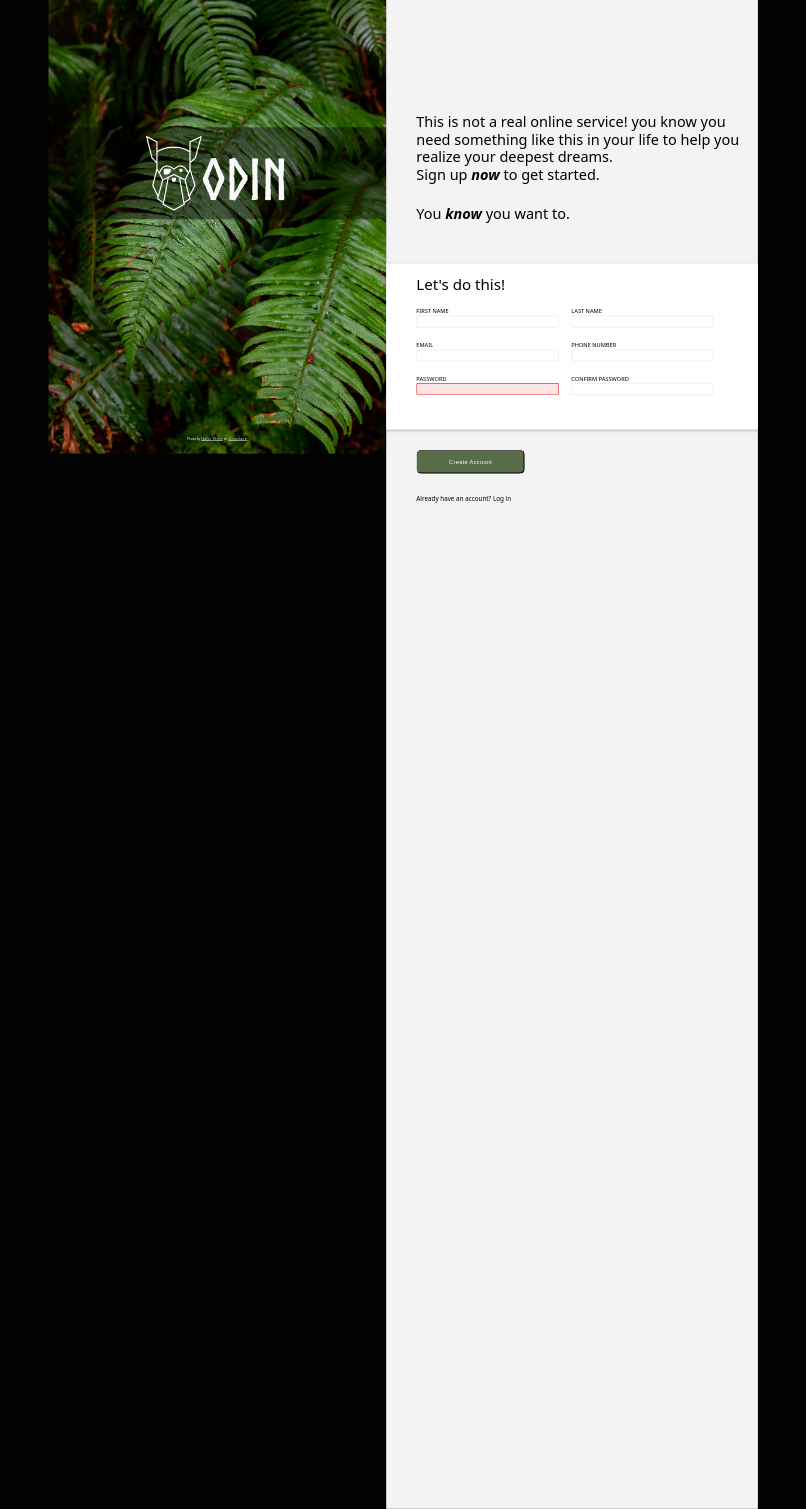
Repository: Freezler/Odin-SignUp
Page: index.html
The author's editor kept a copy of each file at every save. The page is drawn from the files as they stood at one save, then again after the next save.
The browser window is 1280 px wide. The pictures show the whole page, at 63% of full size.

Above is the page before, as saved 2024-03-03 22:30:36.

### index.html
<!doctype html>
<html lang="en">

<head>
	<meta charset="UTF-8" />
	<link rel="icon" type="image/svg+xml" href="/vite.svg" />
	<meta name="viewport" content="width=device-width, initial-scale=1.0" />
	<title>Sign-up</title>
	<link rel="stylesheet" href="style.css">


</head>

<body>
	<main class="container">
		<section class="section-left">
			<div class="logo-container">
				<img src="odin-lined.png" width="88px" srcset="">
				<h1>ODIN</h1>
			</div>
			<div class="credit">
				<small>Photo by <a
						href="https://unsplash.com/@haliewestphoto?utm_content=creditCopyText&utm_medium=referral&utm_source=unsplash"
						target="_#blank">Halie
						West</a> on <a
						href="https://unsplash.com/photos/green-leaf-plant-in-close-up-photography-25xggax4bSA?utm_content=creditCopyText&utm_medium=referral&utm_source=unsplash">Unsplash
					</a>
				</small>
			</div>

		</section>
		<section class="section-right">
			<div class="right-wrapper">
				<div class="text-container">
					<p class="topParagraph">
						This is not a real online service! you know you need something like this in your life to help
						you
						realize your deepest dreams.
						<br>
						Sign up
						<span class="highlight">now</span>
						to get started.
					</p>
					<p class="bottomParagraph">You <span class="highlight">know</span> you want to.</p>
				</div>

				<form class="completeWidth" id="myForm">
					<fieldset class="form-container">
						<div class="poop"><strong class="poop strong">Let's do this!</strong></div>
						<div class="item item1"><label for="first-name">first name</label><input type="text"
								name="first-name" required id="first-name" autocomplete="username"></div>
						<div class="item item2">
							<label for="last-name">last name</label><input type="text" name="last-name" id="last-name"
								autocomplete="username" required>
						</div>
						<div class="item item3">
							<label for="email">Email</label>
							<input type="email" name="email" id="email" autocomplete="email" required>
						</div>
						<div class="item item4">
							<label for="phone">Phone number</label>
							<input type="number" name="phone" id="phone" autocomplete="tel" required>
						</div>
						<div class="item item5">
							<label for="password">Password</label>
							<input type="password" name="password" id="password" autocomplete="new-password"
								class="error" required>
						</div>
						<div class="item item6">
							<label for="confirm">Confirm password</label>
							<input type="password" name="confirm" id="confirm" autocomplete="new-password" required>
						</div>

					</fieldset>
				</form>

				<div class="cta-container">
					<div class="cta">
						<button type="button" class="ctaBtn" id="submitBtn">Create Account</button>
						<div class="cta-text">
							Already have an account?
							<span>
								<a href="http://" target="_blank" rel="noopener noreferrer">Log in</a>
							</span>
						</div>
					</div>
				</div>
				</form>
			</div>
		</section>
	</main>

	<script type="module" src="/main.js"></script>
</body>

</html>

### style.css
@font-face {
    font-family: Norse-Bold;
    src: url(Norse-Bold.otf);
}
.error {
    border-color: hsla(0, 96%, 49%, 0.801);
    color: hsla(0, 20%, 98%, 0.801);
    background: hsla(0, 96%, 49%, 0.101);
}

:root {
    font-size: 10px;
    margin: 0;
    padding: 0;
    box-sizing: border-box;
    font-family: system-ui, -apple-system, BlinkMacSystemFont, 'Segoe UI', Roboto, Oxygen, Ubuntu, Cantarell, 'Open Sans', 'Helvetica Neue', sans-serif;
}

body {
    margin: inherit;
    padding: inherit;
    width: 100vw;
    max-height: 100vh;
    background: rgba(0, 0, 0, 0.99);

}

.strong {
    font-weight: 500;
    font-size: 1.8rem;
}

.highlight {
    color: hsl(324, 56%, 2%);
    font-weight: 500;

}

main.container {
    display: grid;
    grid-template-columns: 536px 2fr;
    grid-template-rows: 1fr 1fr 1fr;
    margin: 0 auto;
    max-height: 100vh;
    width: 88vw;

    height: 100vh;

    @media screen and (max-width: 720px) {
        .container {
            display: grid;
            grid-template-columns: 1fr;
            grid-template-rows: 1fr 1fr;
            margin: 0 auto;
            max-height: 100vh;
            width: 100vw;
        }


        .form-container {
            display: grid;

            grid-template-rows: repeat(7, 1fr);
            grid-template-columns: 1fr;
            max-width: 100%;
            margin-top: 64px;
            margin-left: 48px;

        }

        .section-right,
        .section-left {

            max-width: 100vw;


        }

    }

}

.logo-container {
    display: flex;
    flex-direction: row;
    justify-content: center;
    gap: 0px;
    align-items: center;
    font-family: Norse-Bold;
    font-size: 6rem;
    font-weight: 200;
    height: 146px;
    width: 100%;
    background: hsla(208, 100%, 0%, 0.423);
    margin-top: 190px;


    h1 {
        padding-top: 18px;
        color: hsla(0, 0%, 99%, 0.99);
    }
}

.credit {


    font-size: 0.6rem;
    margin-top: auto;
    display: flex;
    flex-direction: column;
    justify-content: center;
    align-items: center;
    height: 48px;
    width: 100%;
    color: aliceblue;




    a {
        text-decoration: underline;
        color: hsla(208, 100%, 97%, 0.883);
        font-size: 6px;
        transition: all 0.3s linear;
        letter-spacing: 0.5px;
        font-weight: 200;
    }

    a:hover {
        color: rgb(240, 244, 31);
        font-size: 13px;
        transition: all 0.6s linear;
        letter-spacing: 1.2px;
        font-weight: 700;
    }
}


.section-left {
    max-height: 100vh;
    font-weight: 200;
    display: grid;
    grid-template-rows: 1fr 1fr;
    grid-template-columns: 1fr;
    justify-items: space-between;
    align-items: center;
    background-image: url(./halie-west-25xggax4bSA-unsplash.jpg);
    background-size: cover;
    background-repeat: no-repeat;
    background-position: center center;
    margin-left: 0;
}

.section-right {
    max-height: 100%;
    max-width: 100%;
    display: grid;
    grid-template-columns: 1fr;
    grid-template-rows: repeat(3, 1fr);
    background: hsla(0, 0%, 100%, 0.951);

    .text-container {
        display: flex;
        flex-direction: column;
        justify-content: center;
        align-items: flex-start;
        padding-left: 48px;
        padding-top: 180px;
    }

    p.topParagraph {
        margin: 0;
        padding: 0;
        font-size: 2.3rem;
        font-weight: 500;
        max-width: 45ch;
        line-height: 1.2;
    }

    p.bottomParagraph {
        padding-top: 32px;
        padding-bottom: 64px;
        font-weight: 500;
        margin: 0;
        font-size: 2.3rem;
    }

    a {
        text-decoration: none;
        color: #0b0b0b;
    }

    .highlight {
        font-weight: 600;
        font-size: 2.3rem;
        font-style: italic;
    }

    .strong {
        font-weight: 400;
        font-size: 24px;
    }


    .completeWidth {
        box-sizing: border-box;
        background: hsl(0, 100%, 100%);
        box-shadow: 0 0 0 1px hsla(0, 0%, 0%, 0.1), 0 2px 4px hsla(0, 0%, 0%, 0.2);

        width: 100%;
        max-width: 100%;
        max-height: 100%;
    }

    .form-container {
        border: none;
        display: grid;
        padding: 0 0;
        margin-top: 0rem;

        grid-template-rows: repeat(5, 1fr);
        grid-template-columns: 1fr;
        max-width: 472px;
        height: 264px;
        margin-left: 48px;
        gap: 18px;
        box-sizing: border-box;
        width: 100%;


        label {
            font-size: xx-small;
            margin-bottom: 0.1rem;
        }

        .item {
            display: flex;
            flex-direction: column;
            justify-content: center;
            align-items: start;
            width: 100%;
            background: transparent;
            text-transform: uppercase;
            font-size: xx-small;

        }

        .poop {
            grid-column: 1 / 3;
            grid-row: 1 / 1;
            justify-self: self-start;
            margin-top: 16px;
            padding: 0;
            width: 100%;
            font-weight: 500;

            p {
                font-size: larger;
            }
        }
    }
}

input:not(:not([name="confirm"])) {

    margin-bottom: 0;
}

input:active {
    box-shadow: 2px 3px 10px -4px hsla(270, 100%, 1%, 0.883);
}

input {
    width: 220px;
    border: 1px solid #E5E7EB;
    border-radius: 2px;

}

.cta-container {
    display: flex;
    flex-direction: column;
    justify-content: center;
    align-items: start;
    padding-top: 12px;
    margin-left: 48px;

    button {
        background: #596D48;
        color: hsla(0, 0%, 100%, 0.99);
        border-radius: 8px;
        padding: 12px 50px;
        text-align: center;
        text-decoration: none;
        display: inline-block;
        font-size: 16px;

        cursor: pointer;
        font-weight: 500;
        font-size: xx-small;
        letter-spacing: 0.5px;
        transition: all 0.3s linear;
        margin-bottom: 32px;
        margin-top: 20px;

        button:hover {
            border: none;
        }
    }
}

input::invalid {
    border: 1px solid red;
}

### main.js
const getFormData = () =>
  Object.fromEntries(
    new FormData(
      document.getElementById("myForm")
    ).entries()
  );

const submitForm = () => {
  const data = getFormData();
  console.table(data);
  formReset();
};
const formReset = () => {
  document.getElementById("myForm").reset();
};

const btnSubmit = document.getElementById("submitBtn");
btnSubmit.addEventListener("click", submitForm);

/**
 * Attaches a focus event listener to all input elements. If an input element is invalid when focused,
 * it adds the "error" class to that input element.
 */

const form = document.querySelector("form");
form.addEventListener("focus", (event) => {
  const target = event.target;
  if (target.classList.contains("error")) {
    target.classList.remove("error");
  }
});

After the next save:
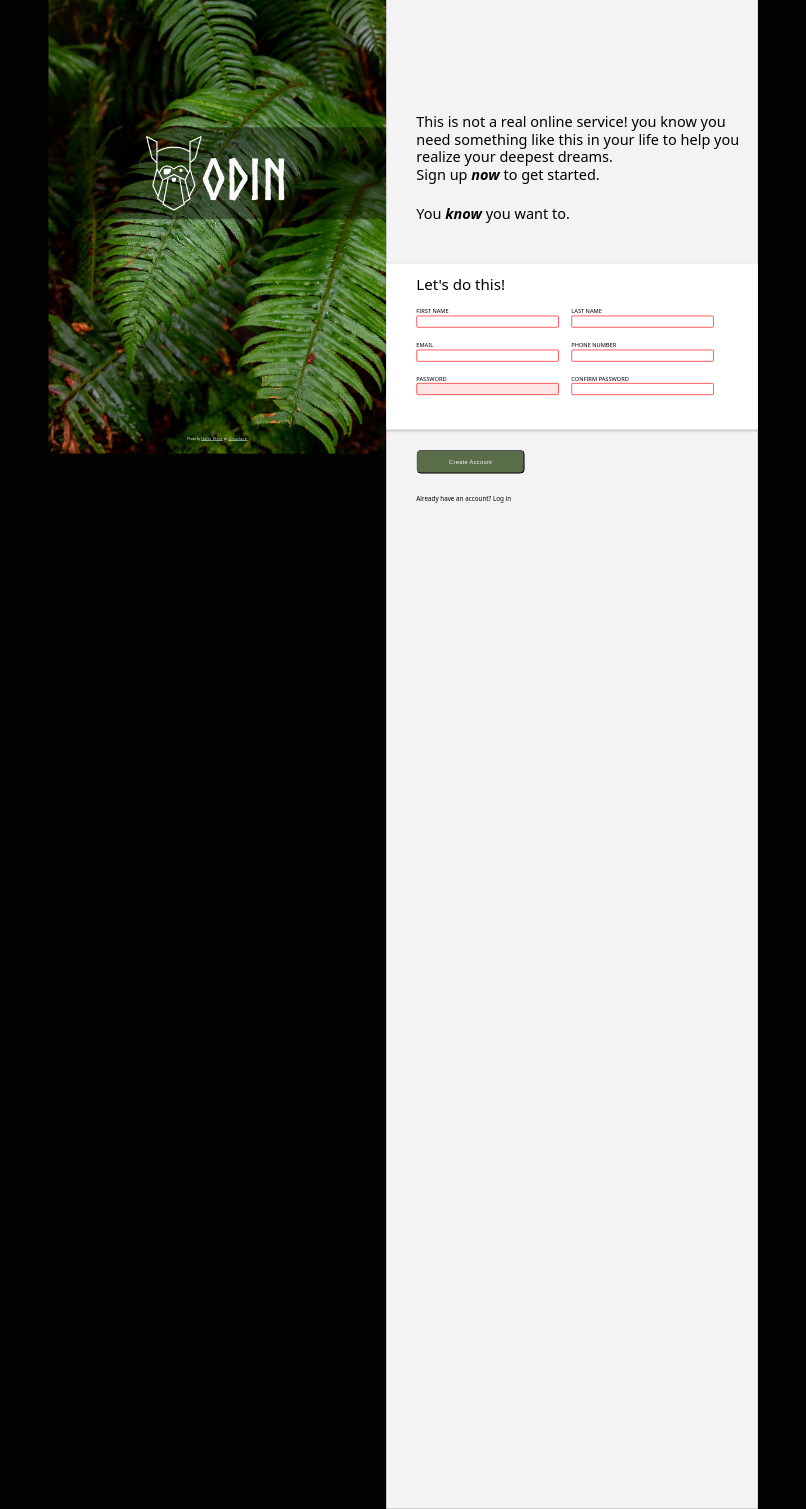
Saved 12 s later.
--- a/style.css
+++ b/style.css
@@ -309,6 +309,6 @@ input {
     }
 }
 
-input::invalid {
+input:invalid {
     border: 1px solid red;
 }
